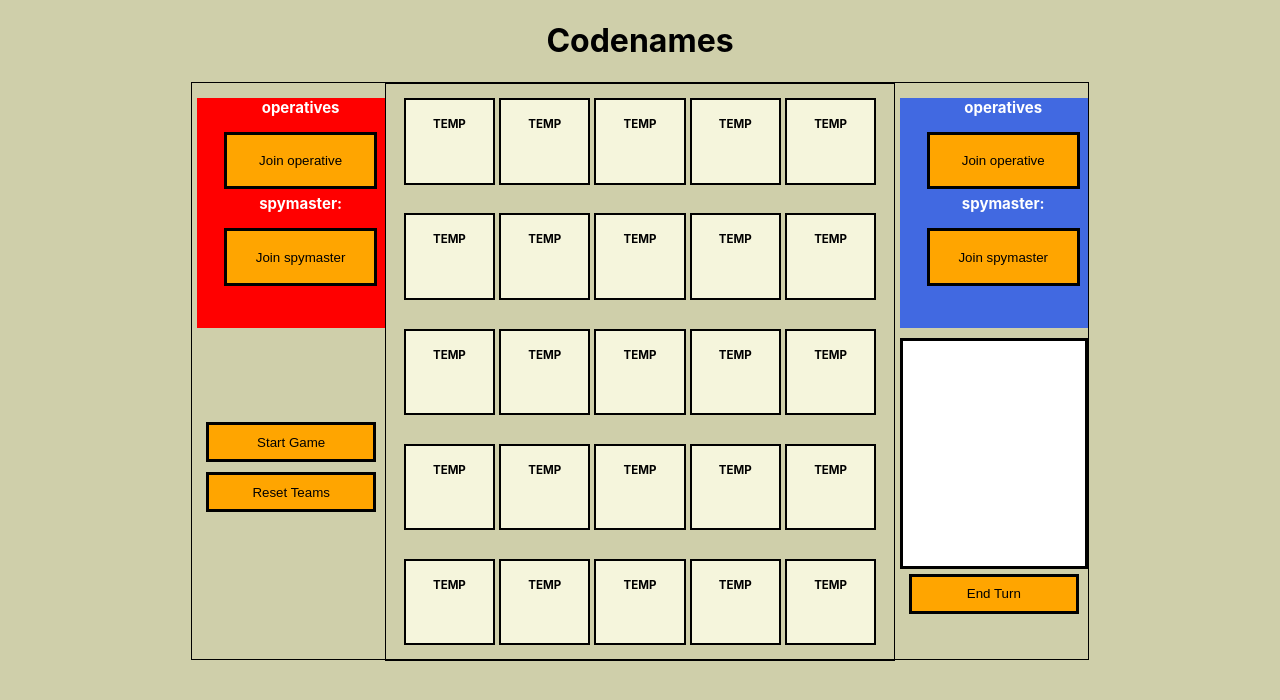
Repository: alcarrizo/Codenames-Fullstack
Page: / (app in client/)
The author's editor kept a copy of each file at every save. The page is drawn from the files as they stood at one save, then again after the next save.
The browser window is 1280 px wide. The pictures show the whole page.
The project was rebuilt for these pictures with package versions that can differ from the ones it lists, and the page was loaded fresh each time. Imported but missing from the stored project, and not drawn on this page: client/src/reportWebVitals.

Above is the page before, as saved 2023-01-09 20:33:27.

### client/src/index.js
import React from 'react';
import ReactDOM from 'react-dom/client';
import './index.css';
import App from './App';
import reportWebVitals from './reportWebVitals';
import './css/styles.css'


const root = ReactDOM.createRoot(document.getElementById('root'));
root.render(
  <React.StrictMode>
    <App />
  </React.StrictMode>
);

// If you want to start measuring performance in your app, pass a function
// to log results (for example: reportWebVitals(console.log))
// or send to an analytics endpoint. Learn more: https://bit.ly/CRA-vitals
reportWebVitals();

### client/src/App.js
import logo from './logo.svg';
import './App.css';
import { useState, useEffect } from 'react';

const Wrapper = ({ cards }) => {
  return (
    <div className='wrapper'>
      <PlayerSide className="red" />
      <Board cards={cards} />
      <PlayerSide className="blue" />
      <div className='win-screen hide' id='win-screen'></div>
    </div>
  )
}

const Card = ({ word, className }) => {

  return (
    <div className={className}>
      {word === null ? 'temp' : word}
    </div>
  )
}
const PlayerSide = ({ className }) => {
  if (className === 'red') {
    return (
      <div className={className + "Side"}>
        <PlayerInfo className={className} />
        <div className='menu'>
          <Btn className='menuBtn' id="startBtn" name="Start Game" />
          <Btn className='menuBtn' id="resetBtn" name="Reset Teams" />
        </div>
      </div>
    )
  }
  else {
    return (
      <div className={className + "Side"}>
        <PlayerInfo className={className} />
        <div className='clue-log'></div>
        <Btn className='menuBtn' id="endTurn" name="End Turn" />
      </div>
    )
  }
}
const PlayerInfo = ({ className }) => {
  return (
    <div className={className + "Team"}>
      <p>operatives </p>
      <p id={className + '-operative-players'}></p>
      <Btn className="join-button" id={className + '-join-operative'} name="Join operative" />
      <p>spymaster: </p>
      <p id={className + '-spymaster-players'}></p>
      <Btn className="join-button" id={className + '-join-spymaster'} name="Join spymaster" />
      <p id={className + '-remaining-cards'}></p>
    </div>
  )

}

const Btn = (props) => {
  return (
    <button id={props.id} className={props.className}>{props.name}</button>
  )
}

const Board = ({ cards }) => {

  return (
    <div className='gameBoard'>
      {
        cards.map((card, id) =>
          <Card
            key={id}
            className="card"
            word={card} />
        )
      }

    </div>
  )
}

const App = () => {

  const [cards, setCards] = useState(Array(25).fill(null))


  return (
    <div className="App">
      <h1>Codenames</h1>

      <Wrapper cards={cards} />
      <div className='clue-area hide' id='clue-area'>
        <input className='clue-text' id='clue-text' type="text" />
        <div className="rangeDiv" id="rangeDiv">
          <input className="clue-range" id='clueRange' type="range" autoComplete='off' min="0" max="10" defaultValue="0" />
          <h3 className="range-number" id="rangeNumber">0</h3>
        </div>
        <Btn className="clue-submit" id="clue-submit" name="Give Clue" />
      </div>

    </div>
  );
}

export default App;

### client/src/css/styles.css
body {
    background-color: #cfcfaa;
}

body.red {
    background-color: #b44c2b;
}

body.blue {
    background-color: #4799b7;
}

.wrapper {
    position: relative;
    border: 0.05rem solid black;
    width: 70%;
    height: 80vh;
    display: flex;
    background: none;
    margin: 0 auto;

}

.gameBoard {
    display: flex;
    flex-wrap: wrap;
    justify-content: center;
    text-align: center;
    width: 35rem;
    height: 100%;
    /*   width: 500px;
    height: 500px; */
    /*width: 15rem;
    height: 15rem;
    */
    border: 0.05rem solid black;
    margin: auto;
}



.card {
    /* background-color: royalblue; */
    background-color: beige;
    box-sizing: border-box;
    /*width: 75px;
    height: 65px;
  */
    /*   width: 5.5rem;
    height: 5rem; */
    width: 18%;
    height: 15%;
    margin: auto 2px;
    border: 2px black solid;
    font-size: .9vw;
    padding-top: 17px;
    text-transform: uppercase;
    font-weight: bold;
    transition: none;
}

.card.blue {
    background-color: royalblue;

}

.card.red {
    background-color: #ff6000;
}

.card.black {
    background-color: black;
    color: white;

}

.card.beige {
    background-color: #b9b979;
}

.card.blue,
.card.red,
.card.black,
.card.beige {
    transition: background-color 1s;
}

.card.blue.picked,
.card.red.picked,
.card.black.picked,
.card.beige.picked {
    transition: opacity 1s;
    opacity: 50%;
}


.redSide,
.blueSide {
    color: white;
    height: 100%;
    width: 13rem;
    font-size: 15px;
    font-weight: bold;
    padding-left: 5px;
    padding-bottom: 10px;
    margin: 0 auto;
}

.blueTeam,
.redTeam {
    height: 40%;
    margin-top: 10px;
    padding-left: 10%;

    box-sizing: border-box;
}

.redTeam {
    background-color: red;

}

.blueTeam {
    background-color: royalblue;

}

.blueSide {
    height: 100%;
}

.join-button {
    display: block;
    width: 90%;
    height: 25%;
    margin: 0 auto -10px;
    background-color: orange;
    border: black solid 3px;
}

.join-button.hide {
    display: none;
}

.menuBtn {
    display: block;
    width: 90%;
    height: 40px;
    margin: 0 auto;
    background-color: orange;
    border: black solid 3px;
    margin-bottom: 10px;


}

.menuBtn.hide {
    display: none;
}

.menu {
    display: block;
    width: 100%;
    margin-top: 50%;
}

.clue-log {
    color: black;
    width: 100%;
    height: 40%;
    margin: 10px 0 5px;
    padding-left: 10px;
    background-color: white;
    box-sizing: border-box;
    border: black solid 3px;
    overflow-y: auto;
    line-height: 1.5;
}

.rangeDiv {
    display: inline-block;
    text-align: center;

}

.rangeDiv h3 {
    margin: 0;
    display: inline-block;
}

.clue-area {
    margin: 10px auto 0;
    width: 400px;
    height: 50px;
    margin-bottom: 15px;
}

.clue-area.hide {
    display: none;
}

.clue-submit {
    display: block;
    margin: 10px auto 0;
}

.win-screen {
    box-sizing: border-box;
    position: absolute;
    width: 30%;
    height: 30%;
    background-color: orange;
    top: 35%;
    left: 35%;
    text-align: center;
    font-size: 35px;
    line-height: 170px;
    font-weight: 800;
    border: black solid 3px;

}

.win-screen.hide {
    display: none;
}

Loaded but not shown: client/public/index.html (common file); client/src/index.css (common file); client/src/App.css (common file)

After the next save:
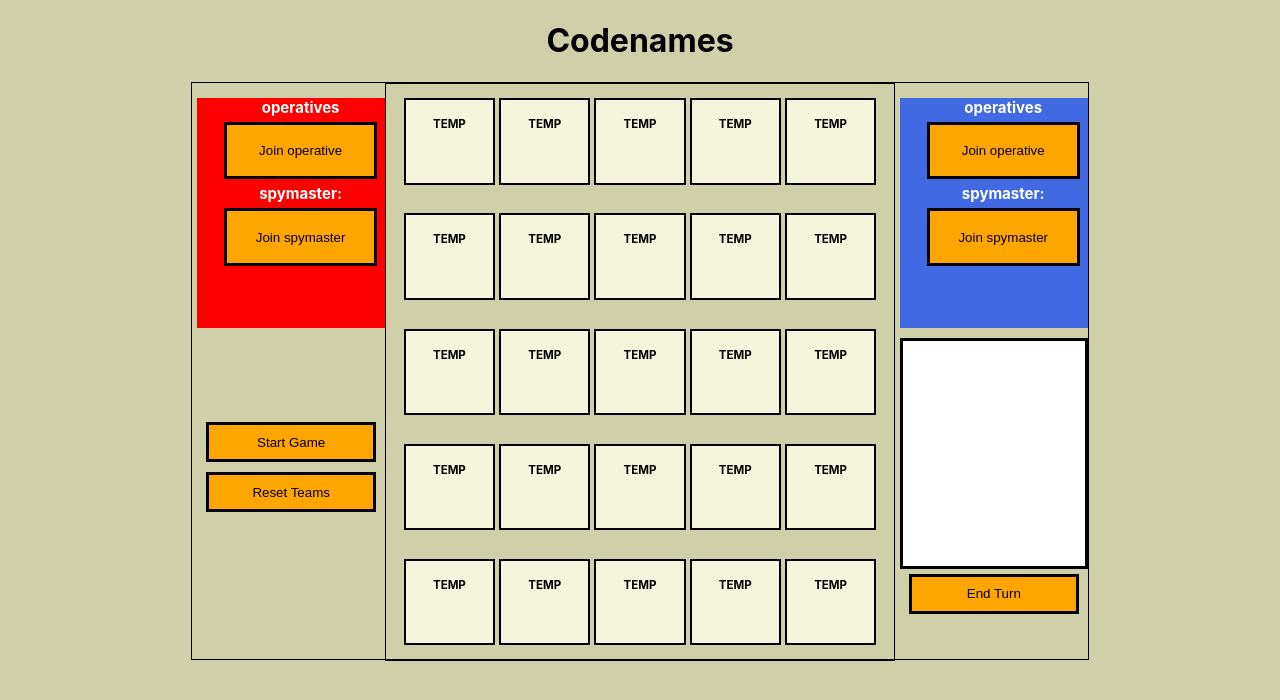
Saved 18 s later.
--- a/client/src/css/styles.css
+++ b/client/src/css/styles.css
@@ -133,7 +133,7 @@ body.blue {
     display: block;
     width: 90%;
     height: 25%;
-    margin: 0 auto -10px;
+    margin: -10px auto -10px;
     background-color: orange;
     border: black solid 3px;
 }
